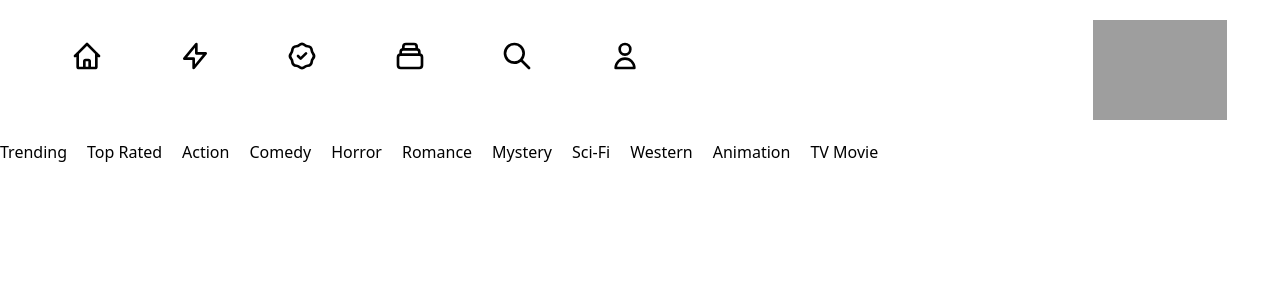
Repository: jafredk/hulu-2
Page: /
These files come from the project's save history. The page is drawn as it stood at one moment and after the next save; the edit follows.
The browser window is 1280 px wide. The pictures show the whole page.
Pictures or frames that could not be fetched are drawn as grey boxes. The project was rebuilt for these pictures with package versions that can differ from the ones it lists, and the page was loaded fresh each time. The framework's server and built-in components were replaced by stand-ins that run in the browser. Also part of the build but not shown: next.config.js.

Above is the page before, as saved 2021-11-02 11:52:06.

### pages/index.js
import Head from 'next/head'
import Image from 'next/image'
import Header from '../components/Header'
import Nav from '../components/Nav'


export default function Home() {
  return (
    <div>
      <Head>
        <title>HULU</title>
        <meta name="description" content="Generated by create next app" />
        <link rel="icon" href="/favicon.ico" />
      </Head>



      {/* Header */}
      <Header />



      {/* Nav */}
      <Nav />



      {/* Results */}
    </div>
  )
}

### components/Header.js
import {
    BadgeCheckIcon,
    CollectionIcon,
    HomeIcon,
    LightningBoltIcon,
    SearchIcon,
    UserIcon,
} from "@heroicons/react/outline";

import Image from 'next/image'
import HeaderItem from './HeaderItem';

function Header() {
    return (
        <header className="flex flex-col sm:flex-row m-5 justify-between items-center h-auto">
            <div className="flex flex-grow justify-evenly max-w-2xl">
                <HeaderItem title='HOME' Icon={HomeIcon} />
                <HeaderItem title='TRENDING' Icon={LightningBoltIcon} />
                <HeaderItem title='VERIFIED' Icon={BadgeCheckIcon} />
                <HeaderItem title='COLLECTIONS' Icon={CollectionIcon} />
                <HeaderItem title='SEARCH' Icon={SearchIcon} />
                <HeaderItem title='ACCOUNT' Icon={UserIcon} />
            </div>


            <Image className="object-contain bg " src="https://links.papareact.com/ua6" width={200} height={100} />
        </header>
    );
}

export default Header;

### components/Nav.js
import requests from "../utils/requests";

function Nav() {
    return (
        <nav>
            <div className="flex flex-row space-x-5">
                {Object.entries(requests).map(([key, { title, url }]) => (
                    <h2 key={key} className="cursor-pointer transition duration-100 transform hover:scale-125 hover:text-white active:text-red-500 " >{title}</h2>
                ))}



                </div>

        </nav>
    );
}

export default Nav;

### components/HeaderItem.js
function HeaderItem({ Icon, title }) {
    return (
        <div className=" flex flex-col items-center cursor-pointer group w-12 sm:w-20 hover:text-white ">
            <Icon className="h-8 mb-1 group-hover:animate-bounce " />
            <p className=" opacity-0 group-hover:opacity-100  tracking-widest">{title}</p>
        </div>
    );
}

export default HeaderItem;

### utils/requests.js
const API_KEY = process.env.API_KEY;

export default {
    fetchTrending: {
        title: "Trending",
        url: `/trending/all/week?api_key=${API_KEY}&language=en-US`,
    },

    fetchTopRated: {
        title: "Top Rated",
        url: `/movie/top_rated?api_key=${API_KEY}&language=en-US`,
    },


    fetchActionMovies: {
        title: "Action",
        url: `/discover/movie?api_key=${API_KEY}&with_genres=28`,
    },

    fetchComedyMovies: {
        title: "Comedy",
        url: `/discover/movie?api_key=${API_KEY}&with_genres=35`,
    },

    fetchHorrorMovies: {
        title: "Horror",
        url: `/discover/movie?api_key=${API_KEY}&with_genres=27`,
    },

    fetchRomanceMovies: {
        title: "Romance",
        url: `/discover/movie?api_key=${API_KEY}&with_genres=10749`,
    },

    fetchMystery: {
        title: "Mystery",
        url: `/discover/movie?api_key=${API_KEY}&with_genres=9648`,
    },

    fetchSciFi: {
        title: "Sci-Fi",
        url: `/discover/movie?api_key=${API_KEY}&with_genres=878`,
    },

    fetchWestern: {
        title: "Western",
        url: `/discover/movie?api_key=${API_KEY}&with_genres=37`,
    },

    fetchAnimation: {
        title: "Animation",
        url: `/discover/movie?api_key=${API_KEY}&with_genres=16`,
    },


    fetchTV: {
        title: "TV Movie",
        url: `/discover/movie?api_key=${API_KEY}&with_genres=10770`,
    },
}

Loaded but not shown: pages/_app.js (common file); styles/globals.css (common file)

After the next save:
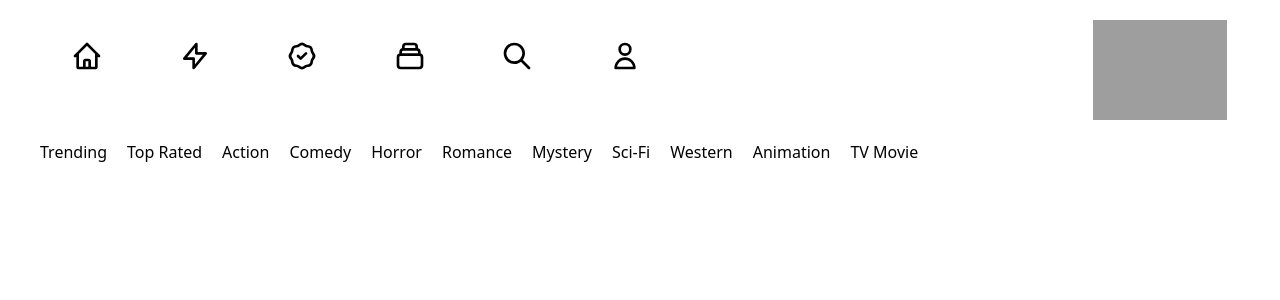
Saved 2 min 52 s later.
--- a/components/Nav.js
+++ b/components/Nav.js
@@ -3,7 +3,7 @@ import requests from "../utils/requests";
 function Nav() {
     return (
         <nav>
-            <div className="flex flex-row space-x-5">
+            <div className="flex px-10 flex-row space-x-5">
                 {Object.entries(requests).map(([key, { title, url }]) => (
                     <h2 key={key} className="cursor-pointer transition duration-100 transform hover:scale-125 hover:text-white active:text-red-500 " >{title}</h2>
                 ))}
